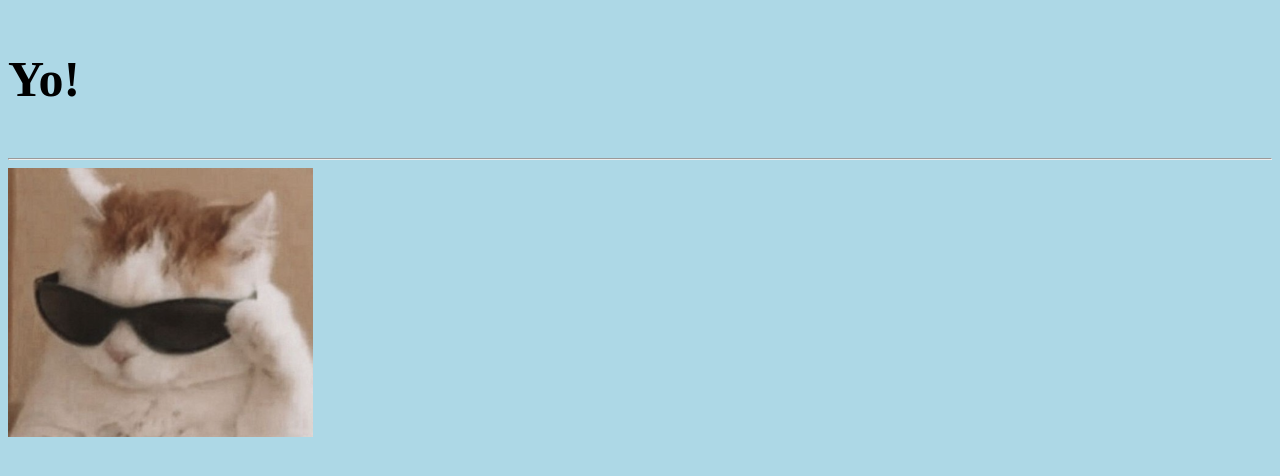
Repository: tjfgk97/sts3
Page: http://localhost/spring-first/hi
The author's editor kept a copy of each file at every save. The page is drawn from the files as they stood at one save, then again after the next save.
The browser window is 1280 px wide. The pictures show the whole page.
The page is served by Tomcat 9.

Above is the page before, as saved 2024-02-01 06:58:16.

After the next save:
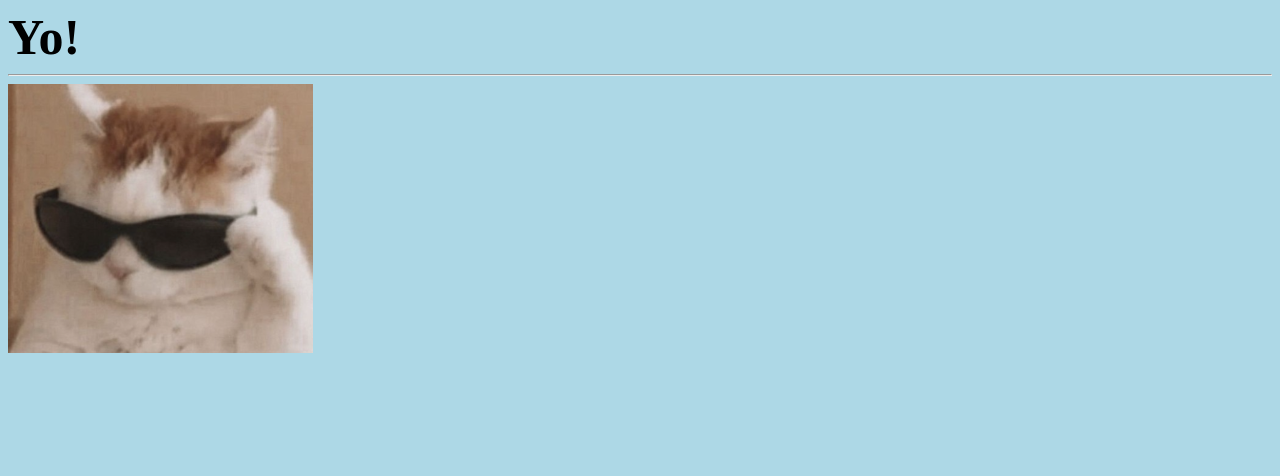
Saved 26 s later.
--- a/spring-first/src/main/webapp/resources/css/intro.css
+++ b/spring-first/src/main/webapp/resources/css/intro.css
@@ -6,5 +6,5 @@ body{
 p{
 	font-size: 50px;
 	font-weight: bold;
-	padding: 0px;
+	margin: 0px 0px;
 }
